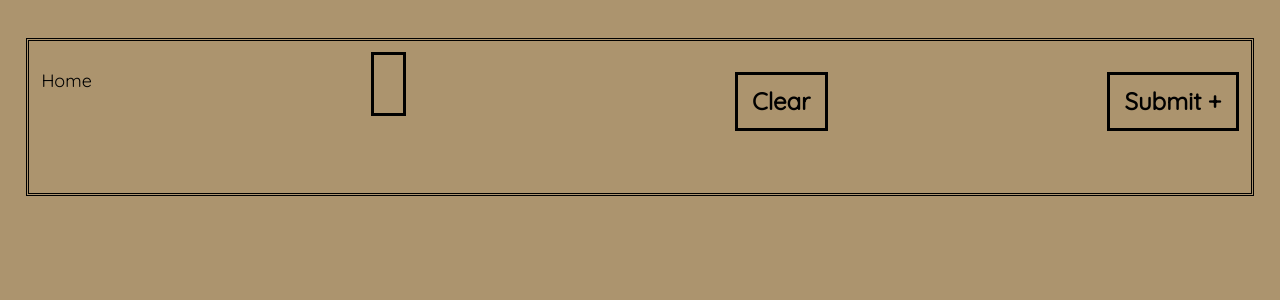
Repository: rickypcyt/ricky-react-portfolio
Page: /WebMural
An editor plug-in stored every save of this project. The page is shown before and after the next save, followed by the edit.
The browser window is 1280 px wide. The pictures show the whole page.
The project was rebuilt for these pictures with package versions that can differ from the ones it lists, and the page was loaded fresh each time. Also part of the build but not shown: src/Content.js, src/pages/Info.js, src/pages/Projects.js, src/pages/Contact.js, src/pages/NotesJS.js.

Above is the page before, as saved 2022-09-12 15:03:53.

After the next save:
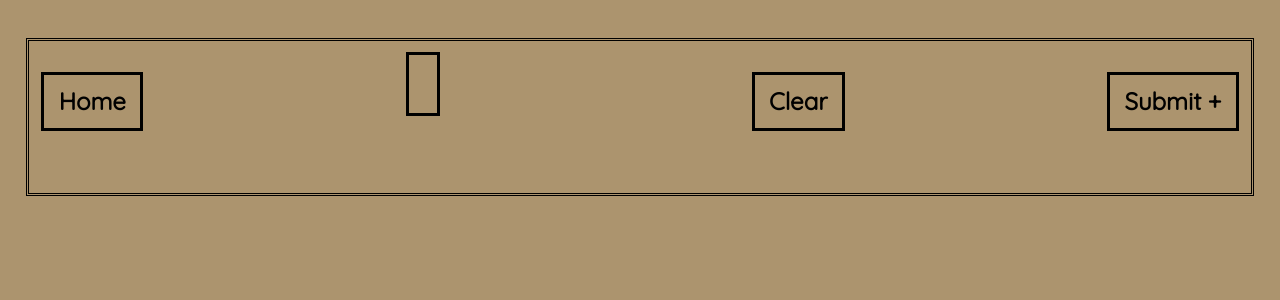
Saved 22 s later.
--- a/src/pages/WebMural.js
+++ b/src/pages/WebMural.js
@@ -31,7 +31,7 @@ const UploadAndDisplayImage = () => {
     <main>
       <nav className="cabeceranavi">
         <ol>
-          <div>Home</div>
+          <div className="oli">Home</div>
           <CustomLink to="/" className="oli"></CustomLink>
           <nav className="oli" onClick={() => handleImageChange(null)}>
             Clear
